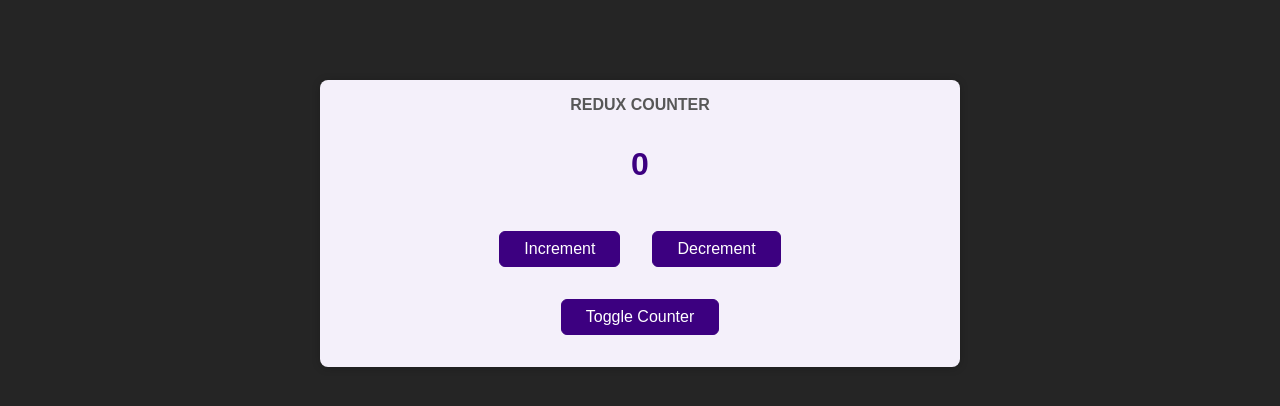
Repository: wenxi0504/11-ReactReduxProject
Page: /
An editor plug-in stored every save of this project. The page is shown before and after the next save, followed by the edit.
The browser window is 1280 px wide. The pictures show the whole page.
The project was rebuilt for these pictures with package versions that can differ from the ones it lists, and the page was loaded fresh each time.

Above is the page before, as saved 2022-07-17 20:26:25.

After the next save:
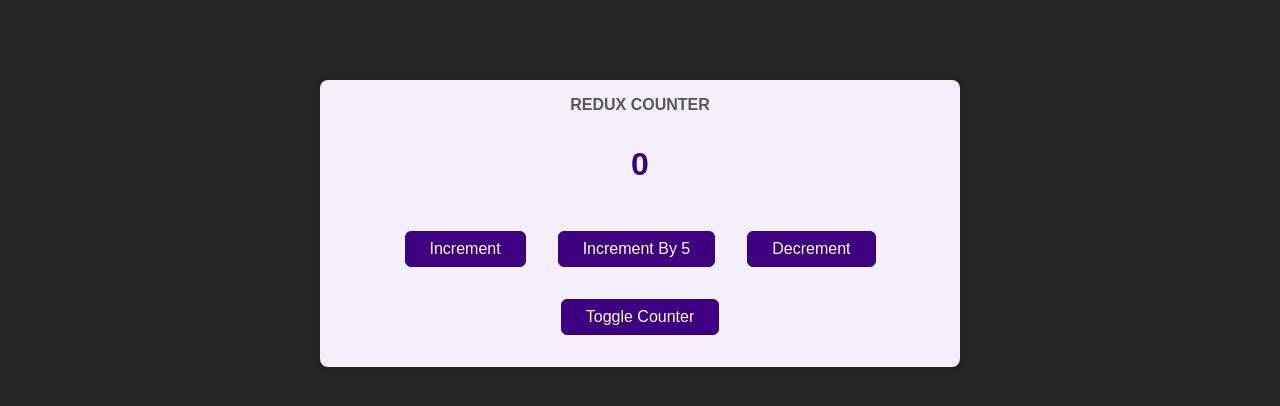
Saved 86 s later.
--- a/src/components/Counter.js
+++ b/src/components/Counter.js
@@ -26,6 +26,7 @@ const Counter = () => {
       <div className={classes.value}>{counter}</div>
       <div>
         <button onClick={incrementHandler}>Increment</button>
+        <button onClick={increaseHandler}>Increment By 5</button>
         <button onClick={decrementHandler}>Decrement</button>
       </div>
       <button onClick={toggleCounterHandler}>Toggle Counter</button>
